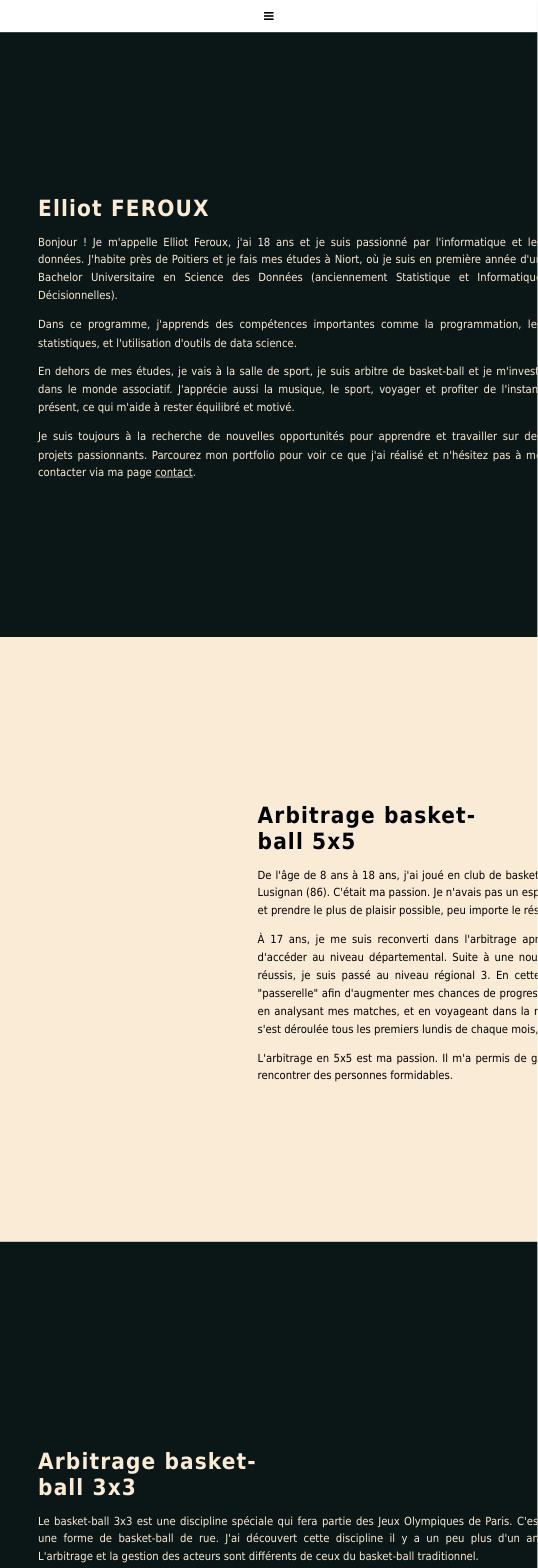
Repository: elliotfx/elliotfx.github.io
Page: html/apropos.html
These files come from the project's save history. The page is drawn as it stood at one moment and after the next save; the edit follows.
The browser window is 768 px wide. The pictures show the part of the page from y = 0 to 2240 px (the page is 5230 px tall before and 5291 px after), at 70% of full size.

Above is the page before, as saved 2025-03-20 19:14:12.

After the next save:
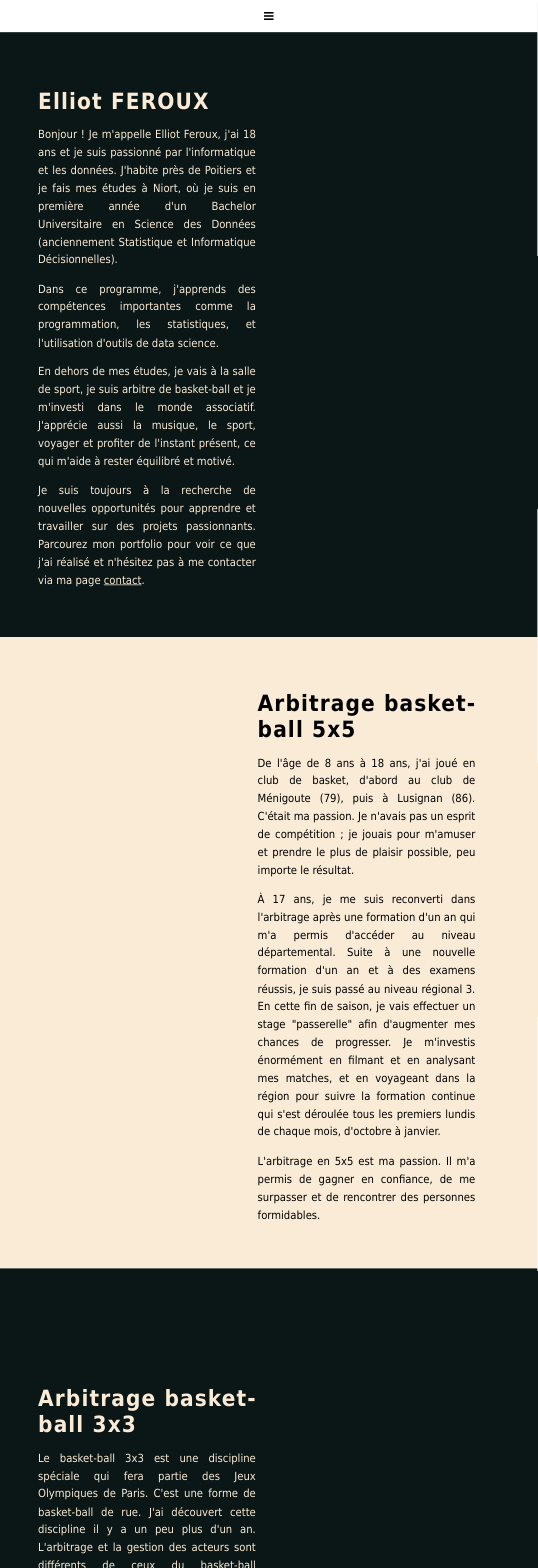
Saved 85 s later.
--- a/css/apropos.css
+++ b/css/apropos.css
@@ -94,6 +94,6 @@
     }
 
     p{
-        width: 90vh;
+        width: 90%;
     }
 }
